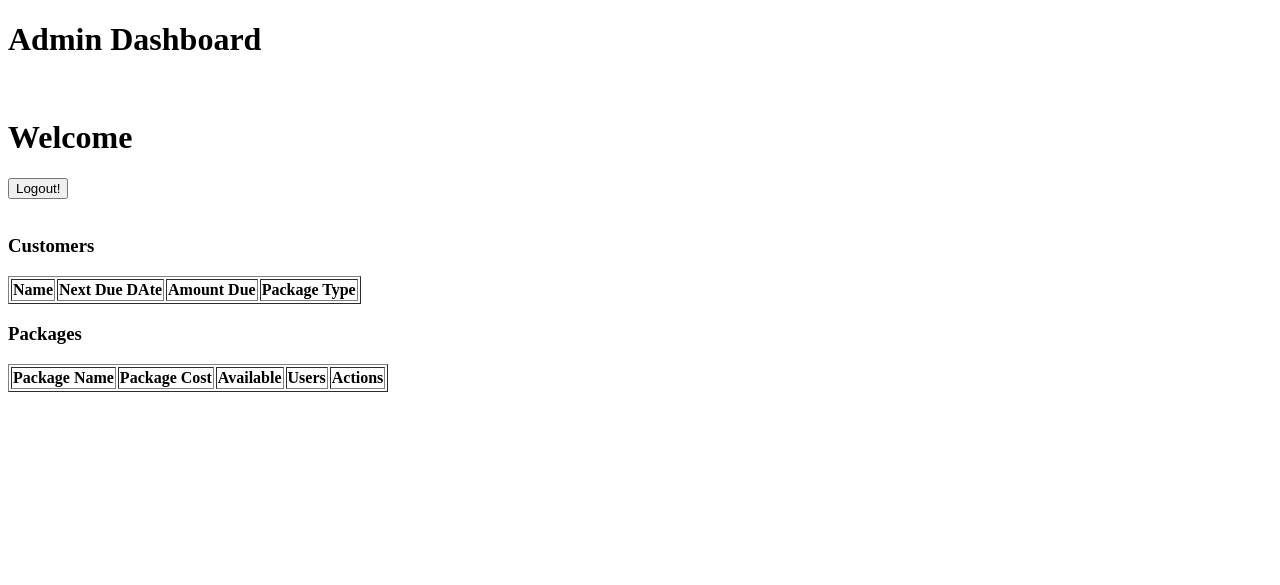
Repository: jshin07/Java
Page: http://localhost/javabelt1/WEB-INF/admin.jsp
These files come from the project's save history. The page is drawn as it stood at one moment and after the next save; the edit follows.
The browser window is 1280 px wide. The pictures show the whole page.
The page is served by Tomcat 9. Nobody is signed in. The template is opened directly, without the code that normally fills it, so the values that code supplies are empty.

Above is the page before, as saved 2017-07-27 16:27:55.

After the next save:
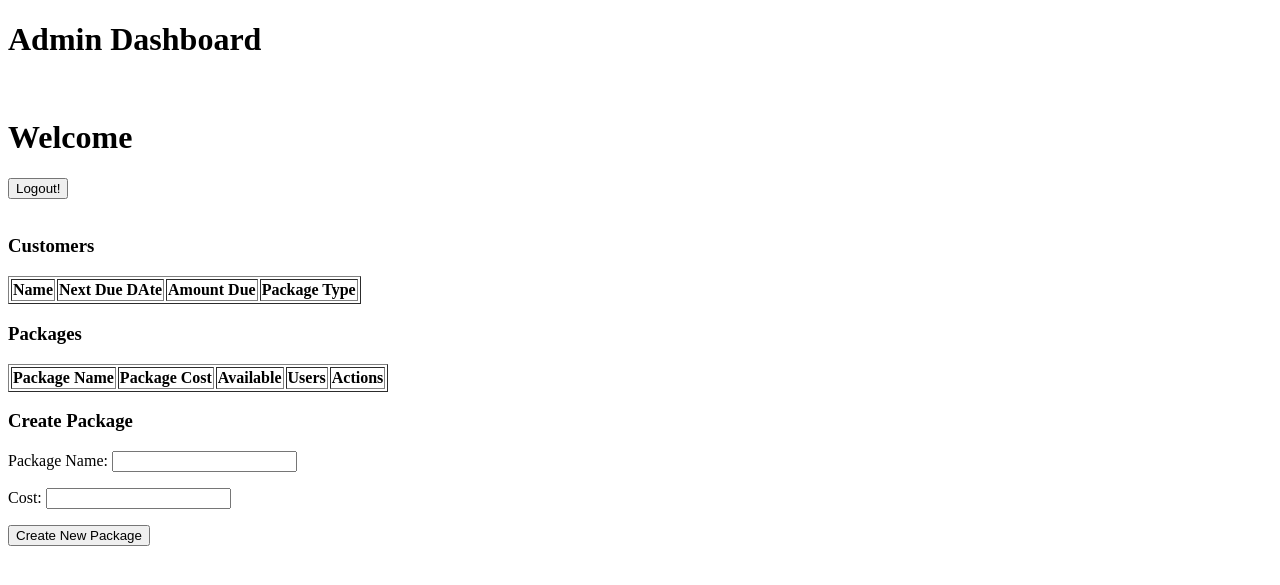
Saved 3 min 39 s later.
--- a/SpringTool/javabelt1/src/main/webapp/WEB-INF/admin.jsp
+++ b/SpringTool/javabelt1/src/main/webapp/WEB-INF/admin.jsp
@@ -71,21 +71,29 @@
 
      -->
 
-
-
-
-
-
-
-
-
-
-
     </tr>
 
 	 </c:forEach>
 
     </table>
 
+     <h3>Create Package</h3>
+    <form:form>
+      <p>
+            <form:label path="email">Package Name:</form:label>
+            <form:input path="email"/>
+        </p>
+        <p>
+            <form:label path="firstName">Cost:</form:label>
+            <form:input path="firstName"/>
+        </p>
+
+
+        <input type="submit" value="Create New Package"/>
+    </form:form>
+
+
+
+
 </body>
 </html>
